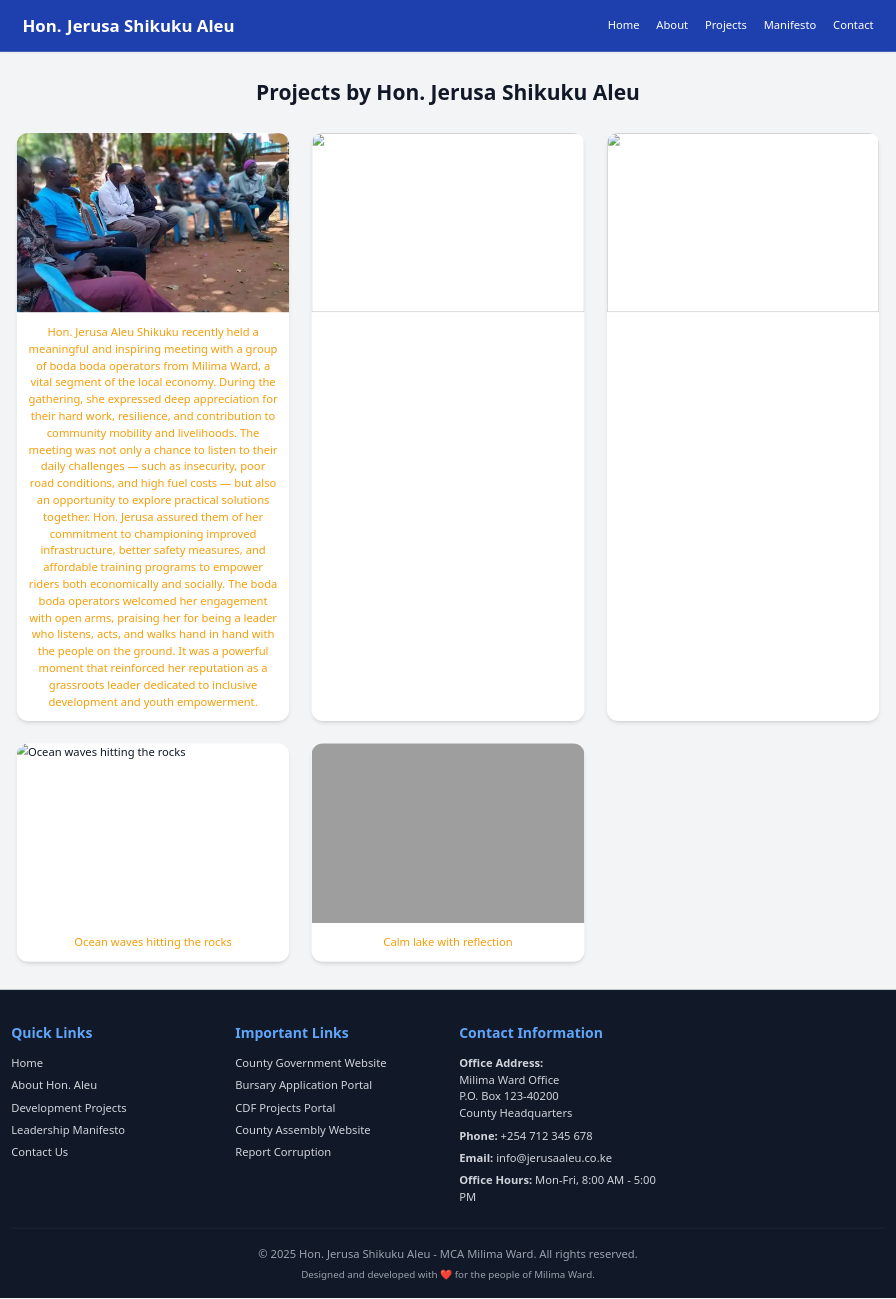
Repository: Engineer-collo/Hon_Jerusa_Shikuku_Aleu
Page: /projects
An editor plug-in stored every save of this project. The page is shown before and after the next save, followed by the edit.
The browser window is 1280 px wide. The pictures show the whole page, at 70% of full size.
Pictures or frames that could not be fetched are drawn as grey boxes. The project was rebuilt for these pictures with package versions that can differ from the ones it lists, and the page was loaded fresh each time. Also part of the build but not shown: vite.config.js, src/Hero.jsx, src/Home.jsx, src/About.jsx, src/Manifesto.jsx, src/Contact.jsx.

Above is the page before, as saved 2025-07-18 17:19:11.

After the next save:
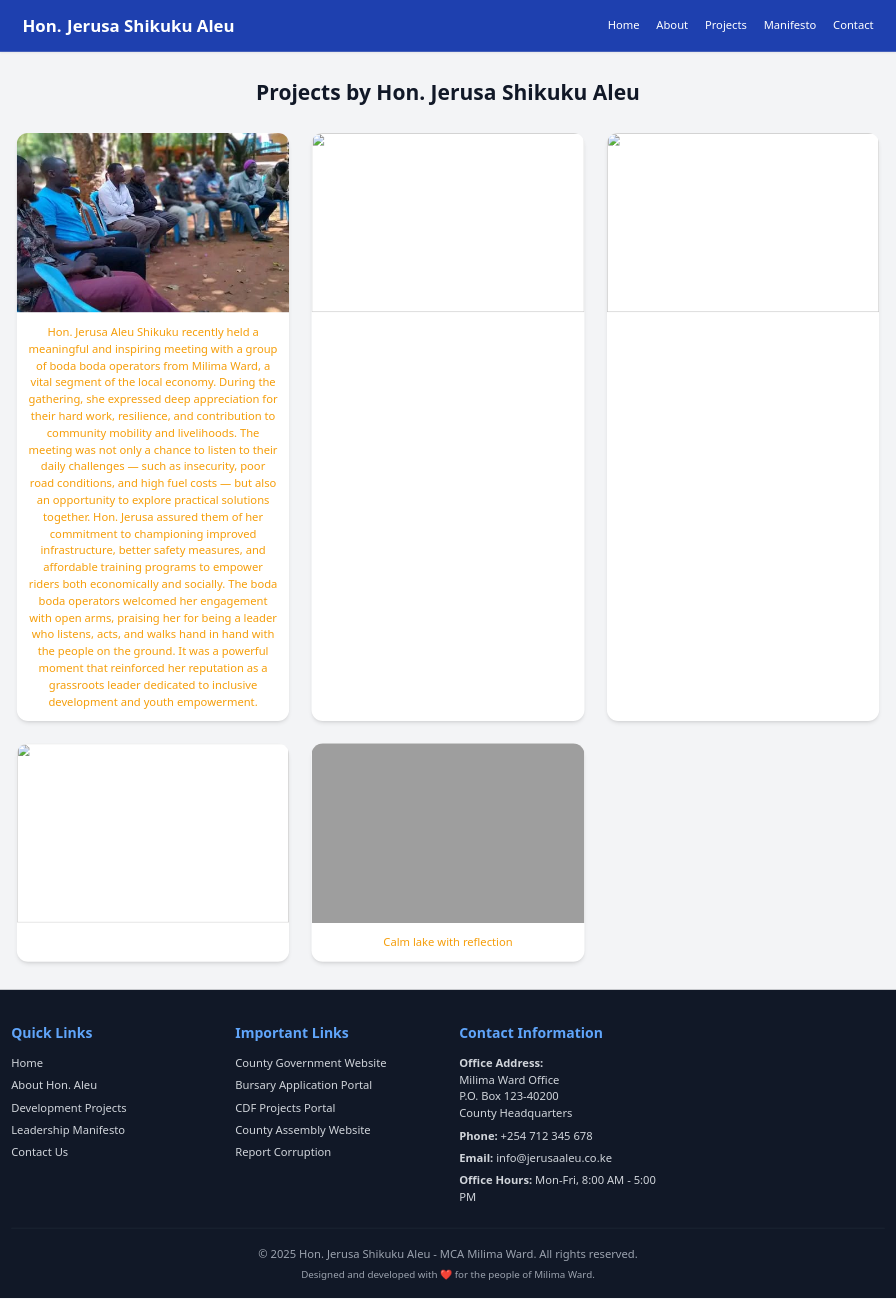
Saved 4 s later.
--- a/src/Projects.jsx
+++ b/src/Projects.jsx
@@ -15,7 +15,7 @@ const images = [
   },
   {
     src: '',
-    description: 'Ocean waves hitting the rocks',
+    description: '',
   },
   {
     src: 'https://images.pexels.com/photos/462118/pexels-photo-462118.jpeg',
